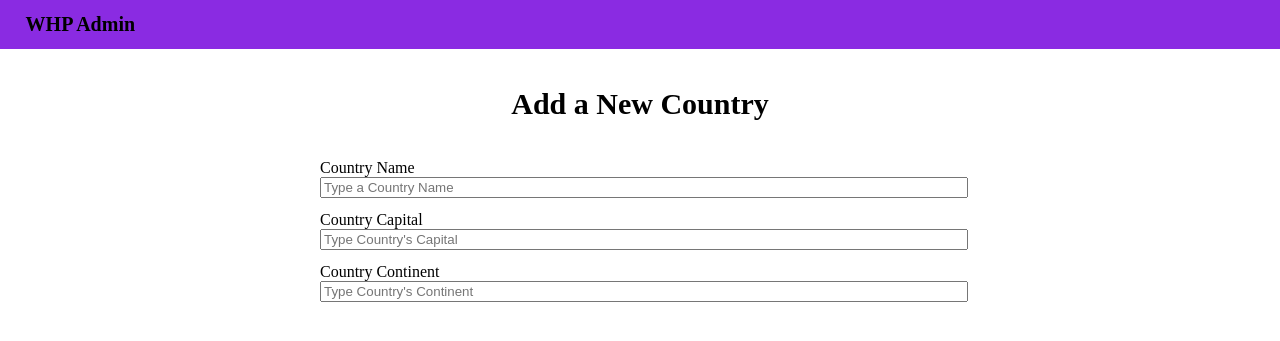
Repository: sabinaPetrisor/World_Hour_Project
Page: http://localhost/WorldHourProject/jsp/add-country.jsp
An editor plug-in stored every save of this project. The page is shown before and after the next save, followed by the edit.
The browser window is 1280 px wide. The pictures show the whole page.
The page is served by Tomcat 9.

Above is the page before, as saved 2023-08-04 12:33:04.

After the next save:
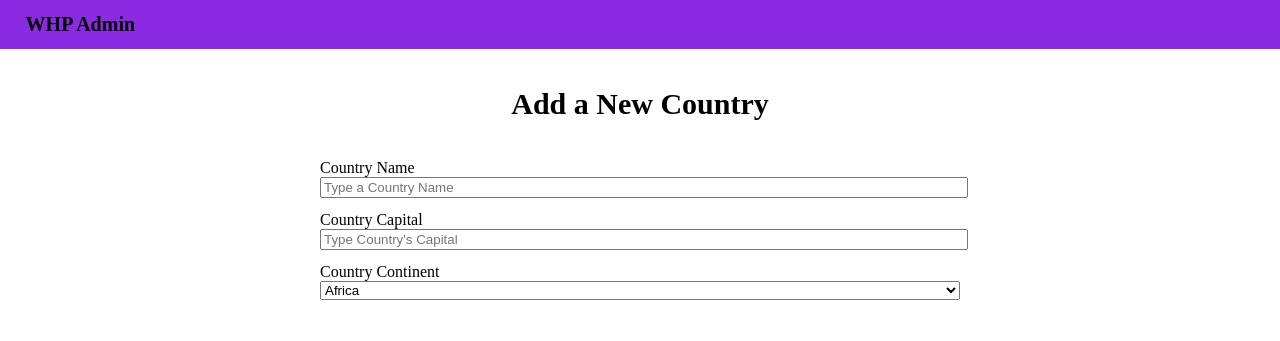
Saved 22 min 4 s later.
--- a/WorldHourProject/src/main/webapp/jsp/add-country.jsp
+++ b/WorldHourProject/src/main/webapp/jsp/add-country.jsp
@@ -21,7 +21,16 @@
 				<label for="ccapital">Country Capital</label>
 				<input type="text" placeholder="Type Country's Capital" class="insert-text" id="ccapital" name="country-capital">
 				<label for="ccontinent">Country Continent</label>
-				<input type="text" placeholder="Type Country's Continent" class="insert-text" id="ccontinent" name="country-continent">
+				<select class="option-selection" id="ccontinent" name="country-continent">
+					<option value="africa">Africa</option>
+					<option value="america">America</option>
+					<option value="asia">Asia</option>
+					<option value="atlantic">Atlantic</option>
+					<option value="australia">Australia</option>
+					<option value="europe">Europe</option>
+					<option value="indian">Indian</option>
+					<option value="pacific">Pacific</option>
+				</select>
 			</form>
 		</div>
 	</div>
